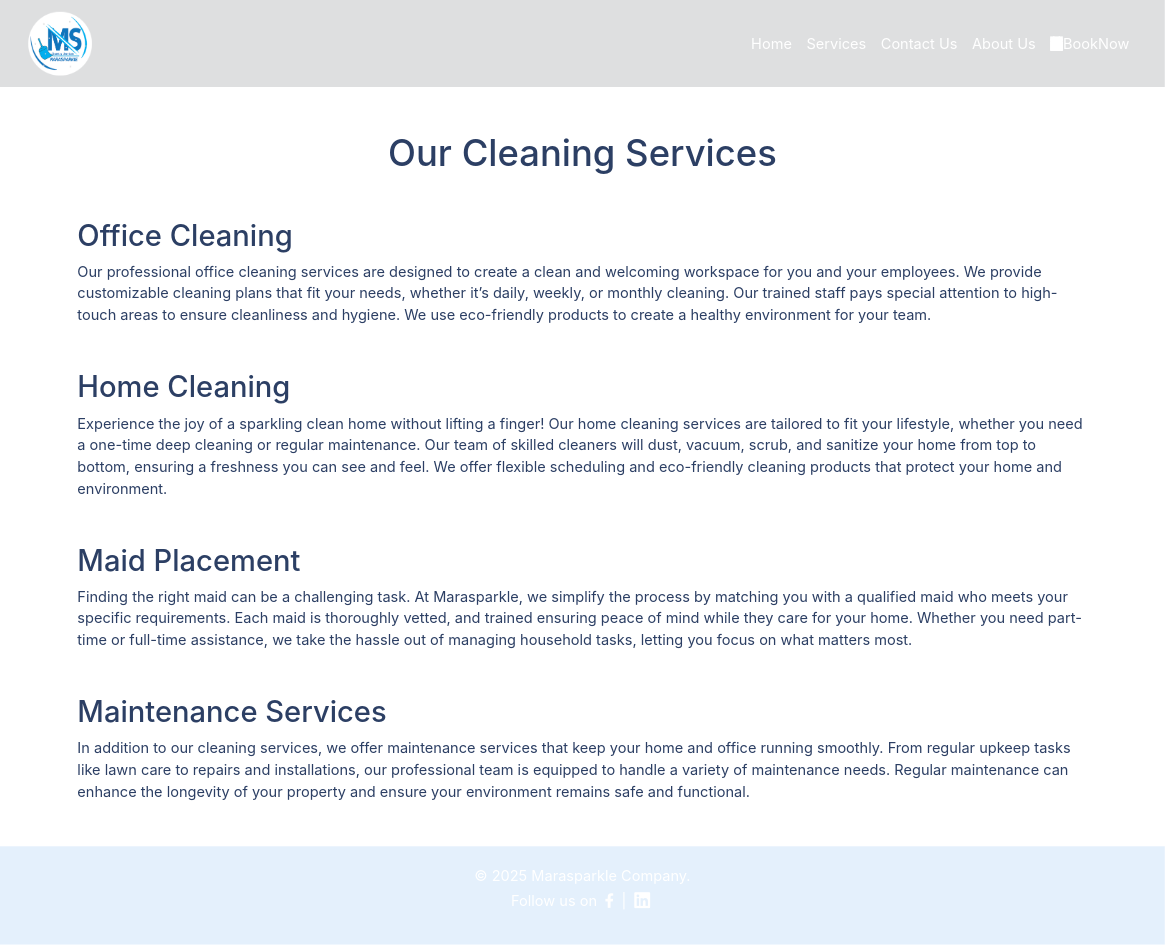
Repository: guineveretim/sparkle
Page: http://localhost/services/
An editor plug-in stored every save of this project. The page is shown before and after the next save, followed by the edit.
The browser window is 1280 px wide. The pictures show the whole page, at 91% of full size.
The page is served by the project's application, run on Django 5.2 (manage.py). Other server files are loaded and not shown.

Above is the page before, as saved 2025-04-16 10:44:32.

### templates/application/services.html
{% load static %}
<!DOCTYPE html>
<html lang="en">
<head>
    <!-- Required meta tags -->
    <meta charset="utf-8">
    <meta name="viewport" content="width=device-width, initial-scale=1, shrink-to-fit=no">

    <!-- Bootstrap CSS -->
    <link rel="stylesheet" href="https://cdn.jsdelivr.net/npm/bootstrap@4.1.3/dist/css/bootstrap.min.css"
          integrity="sha384-MCw98/SFnGE8fJT3GXwEOngsV7Zt27NXFoaoApmYm81iuXoPkFOJwJ8ERdknLPMO" crossorigin="anonymous">

    <!-- Font Awesome CDN -->
    <link rel="stylesheet" href="https://cdnjs.cloudflare.com/ajax/libs/font-awesome/6.0.0-beta3/css/all.min.css">

    <style>
        background-color:white;
        </style>

    <title>Services</title>
</head>
<body>

    <nav class="navbar navbar-expand-lg navbar-dark sticky-top" style="background-color:rgba(145, 149, 152, 0.3);">
        <div class="container-fluid">
            <a class="navbar-brand" href="{% url 'services_details' %}">
                <img src="{% static 'icons/Maralog.png' %}" style="width:70px;" alt="Logo">
            </a>
            <button class="navbar-toggler" type="button" data-toggle="collapse" data-target="#navbarNav" aria-controls="navbarNav" aria-expanded="false" aria-label="Toggle navigation">
                <span class="navbar-toggler-icon" style="color:white;"></span>
            </button>

            <div class="collapse navbar-collapse" id="navbarNav">
                <ul class="navbar-nav ml-auto">
                    <li class="nav-item">
                        <a class="nav-link" href="{% url 'home' %}" style="color:white;">Home <span class="sr-only">(current)</span></a>
                    </li>
                    <li class="nav-item active">
                        <a class="nav-link" href="{% url 'services_details' %}" style="color:white;">Services</a>
                    </li>
                    <li class="nav-item">
                        <a class="nav-link" href="{% url 'contact' %}" style="color:white;">Contact Us</a>
                    </li>
                    <li class="nav-item active">
                        <a class="nav-link" href="{% url 'about' %}">About Us</a>
                    </li>
                    <li class="nav-item">
                        <a class="nav-link" href="{% url 'login' %}" style="color:white;">
                            <i class="fas fa-calendar" style="background-color: rgb(255, 255, 255);"></i>BookNow
                        </a>
                    </li>
                </ul>
            </div>
        </div>
    </nav>

    <div class="container mt-5 " style="color:#2c3f64;">
        <h1 class="text-center">Our Cleaning Services</h1>

        <section class="my-5">
            <h2>Office Cleaning</h2>
            <p>Our professional office cleaning services are designed to create a clean and welcoming workspace for you and your employees. We provide customizable cleaning plans that fit your needs, whether it’s daily, weekly, or monthly cleaning. Our trained staff pays special attention to high-touch areas to ensure cleanliness and hygiene. We use eco-friendly products to create a healthy environment for your team.</p>
        </section>

        <section class="my-5">
            <h2>Home Cleaning</h2>
            <p>Experience the joy of a sparkling clean home without lifting a finger! Our home cleaning services are tailored to fit your lifestyle, whether you need a one-time deep cleaning or regular maintenance. Our team of skilled cleaners will dust, vacuum, scrub, and sanitize your home from top to bottom, ensuring a freshness you can see and feel. We offer flexible scheduling and eco-friendly cleaning products that protect your home and environment.</p>
        </section>

        <section class="my-5">
            <h2>Maid Placement</h2>
            <p>Finding the right maid can be a challenging task. At Marasparkle, we simplify the process by matching you with a qualified maid who meets your specific requirements. Each maid is thoroughly vetted, and trained ensuring peace of mind while they care for your home. Whether you need part-time or full-time assistance, we take the hassle out of managing household tasks, letting you focus on what matters most.</p>
        </section>

        <section class="my-5">
            <h2>Maintenance Services</h2>
            <p>In addition to our cleaning services, we offer maintenance services that keep your home and office running smoothly. From regular upkeep tasks like lawn care to repairs and installations, our professional team is equipped to handle a variety of maintenance needs. Regular maintenance can enhance the longevity of your property and ensure your environment remains safe and functional.</p>
        </section>
    </div>

    <footer class="footer text-center" style="background-color: rgba(166, 206, 243, 0.3); padding: 20px 0;">
        <div class="container-fluid">
            <div class="row">
                <div class="col-12">
                    <p class="mb-1 text-white">© 2025 Marasparkle Company.</p>
                    <p class="text-white">
                        Follow us on
                        <a href="https://www.facebook.com/profile.php?id=61573551016908" class="mx-1 text-white" aria-label="Follow us on Facebook">
                            <i class="fab fa-facebook-f"></i>
                        </a>
                        |
                        <a href="https://linkedin.com" class="mx-1 text-white" aria-label="Follow us on LinkedIn">
                            <i class="fab fa-linkedin fa-lg"></i>
                        </a>
                    </p>
                </div>
            </div>
        </div>
    </footer>

<!-- jQuery first, then Popper.js, then Bootstrap JS -->
<script src="https://code.jquery.com/jquery-3.3.1.slim.min.js" integrity="sha384-q8i/X+965DzO0rT7abK41JStQIAqVgRVzpbzo5smXKp4YfRvH+8abtTE1Pi6jizo" crossorigin="anonymous"></script>
<script src="https://cdn.jsdelivr.net/npm/popper.js@1.14.3/dist/umd/popper.min.js" integrity="sha384-ZMP7rVo3mIykV+2+9J3UJ46jBk0WLaUAdn689aCwoqbBJiSnjAK/l8WvCWPIPm49" crossorigin="anonymous"></script>
<script src="https://cdn.jsdelivr.net/npm/bootstrap@4.1.3/dist/js/bootstrap.min.js" integrity="sha384-ChfqqxuZUCnJSK3+MXmPNIyE6ZbWh2IMqE241rYiqJxyMiZ6OW/JmZQ5stwEULTy" crossorigin="anonymous"></script>
</body>
</html>

### marasparkle/views.py

from django.shortcuts import redirect, render
from django.contrib.auth import authenticate, login
from .forms import  UserRegistrationForm, UserLoginForm
from django.contrib.auth.decorators import login_required
from django.contrib import messages
from .forms import BookingForm
from django.views.decorators.cache import never_cache
from django.views.decorators.csrf import csrf_protect
from django.contrib.auth.models import Group
from django.http import HttpResponse
from .models import Booking
from django.shortcuts import get_object_or_404



def home(request):
  return render(request, 'application/home.html')

def Service(request):
    return render(request, 'application/services.html')


def contact(request):
    return render(request, 'application/contact.html')

def about_view(request):
    return render(request, 'application/about.html')

def bookin(request):
    return render(request, 'application/bookin.html')





def register(request):
    if request.method == 'POST':
        form = UserRegistrationForm(request.POST)
        if form.is_valid():
            user = form.save(commit=False)
            user.set_password(form.cleaned_data['password'])
            user.save()

            group =Group.objects.get(name = 'user')
            user.groups.add(group)


            login(request, user)
            messages.success(request, "Registration successful.")
            return redirect('login')
    else:
        form = UserRegistrationForm()

    return render(request, 'authentication/register.html', {'form': form})

def login_view(request):
    if request.method == 'POST':
        form = UserLoginForm(data=request.POST)
        if form.is_valid():
            username = form.cleaned_data.get('username')
            password = form.cleaned_data.get('password')
            user = authenticate(request, username=username, password=password)

            if user is not None:

                if user.groups.filter(name='admin').exists():
                    login(request, user)
                    return redirect('/admin/')
                elif user.groups.filter(name='user').exists():
                    login(request, user)
                    return redirect('create_booking')
            else:

                messages.error(request, 'Invalid username or password.')
        else:
            # Optional: Handle field errors
            for field, errors in form.errors.items():
                for error in errors:
                    messages.error(request, error)

    else:
        form = UserLoginForm()

    return render(request, 'authentication/login.html', {'form': form})


@login_required
def create_booking(request):
    if request.method == 'POST':
        form = BookingForm(request.POST)
        if form.is_valid():
            booking = form.save(commit=False)
            booking.user = request.user  # Associate the booking with the logged-in user
            booking.save()  # Save the booking record

            # Redirect to the success page with the booking ID
            return redirect('booking_success', booking_id=booking.id)
    else:
        form = BookingForm()

    return render(request, 'accounts/booking.html', {'form': form})



@login_required
def booking_success(request, booking_id):
    booking = get_object_or_404(Booking, id=booking_id)

    context = {
        'service_type': booking.get_service_selection_display(),  # To show a human-readable name for service_selection
        'booking_date': booking.date_time.date(),
        'booking_time': booking.date_time.time(),
        'contact_info': booking.contact_infor,
        'location_info': booking.location_infor,
        'additional_details': booking.additional_details,
    }

    return render(request, 'application/bookin.html', context)

### marasparkleweb/urls.py
"""
URL configuration for marasparkleweb project.

The `urlpatterns` list routes URLs to views. For more information please see:
    https://docs.djangoproject.com/en/5.1/topics/http/urls/
Examples:
Function views
    1. Add an import:  from my_app import views
    2. Add a URL to urlpatterns:  path('', views.home, name='home')
Class-based views
    1. Add an import:  from other_app.views import Home
    2. Add a URL to urlpatterns:  path('', Home.as_view(), name='home')
Including another URLconf
    1. Import the include() function: from django.urls import include, path
    2. Add a URL to urlpatterns:  path('blog/', include('blog.urls'))
"""
from django.contrib import admin
from django.urls import include, path

urlpatterns = [
    path('admin/', admin.site.urls),
    path('', include('marasparkle.urls')),
]

### marasparkle/urls.py
from django.urls import path

from marasparkle.forms import ResetPasswordConfirmForm, ResetPasswordForm
from . import views
from django.contrib.auth import views as auth_views
from .views import create_booking, booking_success



urlpatterns = [
    path('', views.home, name='home'),
    path('about/',views.about_view, name='about'),
    path('services/',views.Service,name='services_details'),
    path('login/', views.login_view, name= 'login'),
    path('register/', views.register, name='register'),
    path('contact/', views.contact, name='contact'),


    path('password_reset/', auth_views.PasswordResetView.as_view(
        template_name='authentication/password_reset.html',
        form_class=ResetPasswordForm
    ), name='password_reset'),


    path('password_reset_done/', auth_views.PasswordResetDoneView.as_view(
        template_name='authentication/password_reset_done.html'
    ), name='password_reset_done'),


    path('password_reset_confirm/<uidb64>/<token>/', auth_views.PasswordResetConfirmView.as_view(
        template_name='authentication/password_reset_confirm.html',
        form_class=ResetPasswordConfirmForm
    ), name='password_reset_confirm'),

    path('password_reset_complete/', auth_views.PasswordResetCompleteView.as_view(
        template_name='authentication/password_reset_complete.html'
    ), name='password_reset_complete'),


      path('booking/', create_booking, name='create_booking'),
    path('booking-success/<int:booking_id>/', booking_success, name='booking_success'),



]

After the next save:
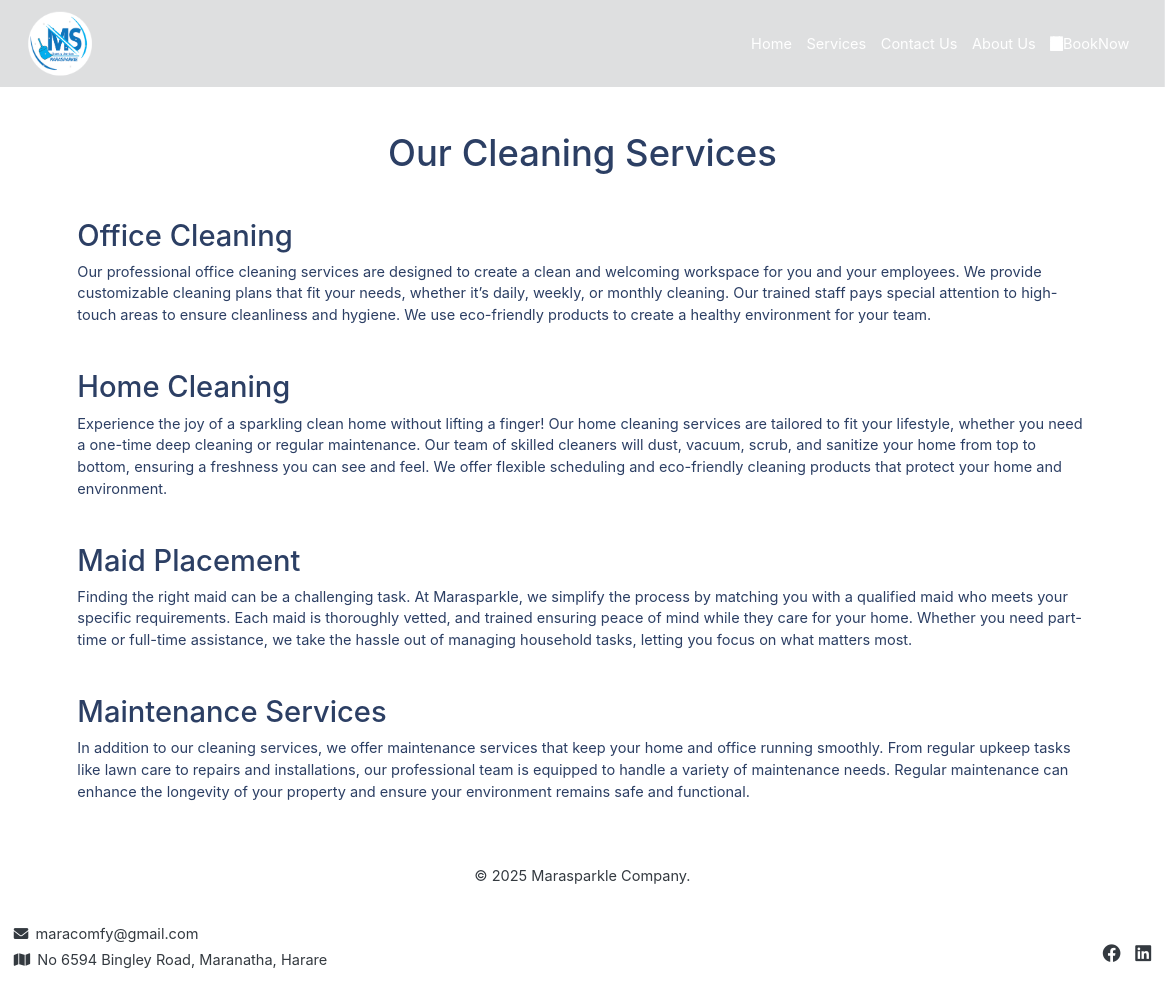
Saved 18 s later.
--- a/templates/application/services.html
+++ b/templates/application/services.html
@@ -78,25 +78,49 @@
         </section>
     </div>
 
-    <footer class="footer text-center" style="background-color: rgba(166, 206, 243, 0.3); padding: 20px 0;">
+    <footer class="footer text-center" style="background-color: rgba(255, 255, 255, 0.3); padding: 20px 0;">
         <div class="container-fluid">
             <div class="row">
                 <div class="col-12">
-                    <p class="mb-1 text-white">© 2025 Marasparkle Company.</p>
-                    <p class="text-white">
-                        Follow us on
-                        <a href="https://www.facebook.com/profile.php?id=61573551016908" class="mx-1 text-white" aria-label="Follow us on Facebook">
-                            <i class="fab fa-facebook-f"></i>
-                        </a>
-                        |
-                        <a href="https://linkedin.com" class="mx-1 text-white" aria-label="Follow us on LinkedIn">
-                            <i class="fab fa-linkedin fa-lg"></i>
-                        </a>
-                    </p>
+                    <p class="mb-1 text-dark">© 2025 Marasparkle Company.</p>
+
                 </div>
             </div>
         </div>
     </footer>
+
+    <div class="sub-header  text-dark py-3" style="  background-color:rgb(255, 255, 255);">
+        <div class="container-fluid">
+            <div class="row align-items-center">
+                <div class="col-lg-8 col-md-8 col-sm-12 text-center text-md-left mb-3 mb-md-0">
+                    <ul class="list-unstyled">
+                        <li class="d-flex align-items-center mb-1">
+                            <i class="fa fa-envelope mr-2"></i>
+                            <span>maracomfy@gmail.com</span>
+                        </li>
+                        <li class="d-flex align-items-center">
+                            <i class="fa fa-map mr-2"></i>
+                            <span>No 6594 Bingley Road, Maranatha, Harare</span>
+                        </li>
+                    </ul>
+                </div>
+                <div class="col-lg-4 col-md-4 col-sm-12 text-center text-md-right">
+                    <ul class="list-unstyled d-flex justify-content-center justify-content-md-end mb-0">
+                        <li class="mr-3">
+                            <a href="https://www.facebook.com/profile.php?id=61573551016908" class="text-dark" aria-label="Facebook">
+                                <i class="fab fa-facebook fa-lg"></i>
+                            </a>
+                        </li>
+                        <li>
+                            <a href="https://linkedin.com" class="text-dark" aria-label="LinkedIn">
+                                <i class="fab fa-linkedin fa-lg"></i>
+                            </a>
+                        </li>
+                    </ul>
+                </div>
+            </div>
+        </div>
+    </div>
 
 <!-- jQuery first, then Popper.js, then Bootstrap JS -->
 <script src="https://code.jquery.com/jquery-3.3.1.slim.min.js" integrity="sha384-q8i/X+965DzO0rT7abK41JStQIAqVgRVzpbzo5smXKp4YfRvH+8abtTE1Pi6jizo" crossorigin="anonymous"></script>
